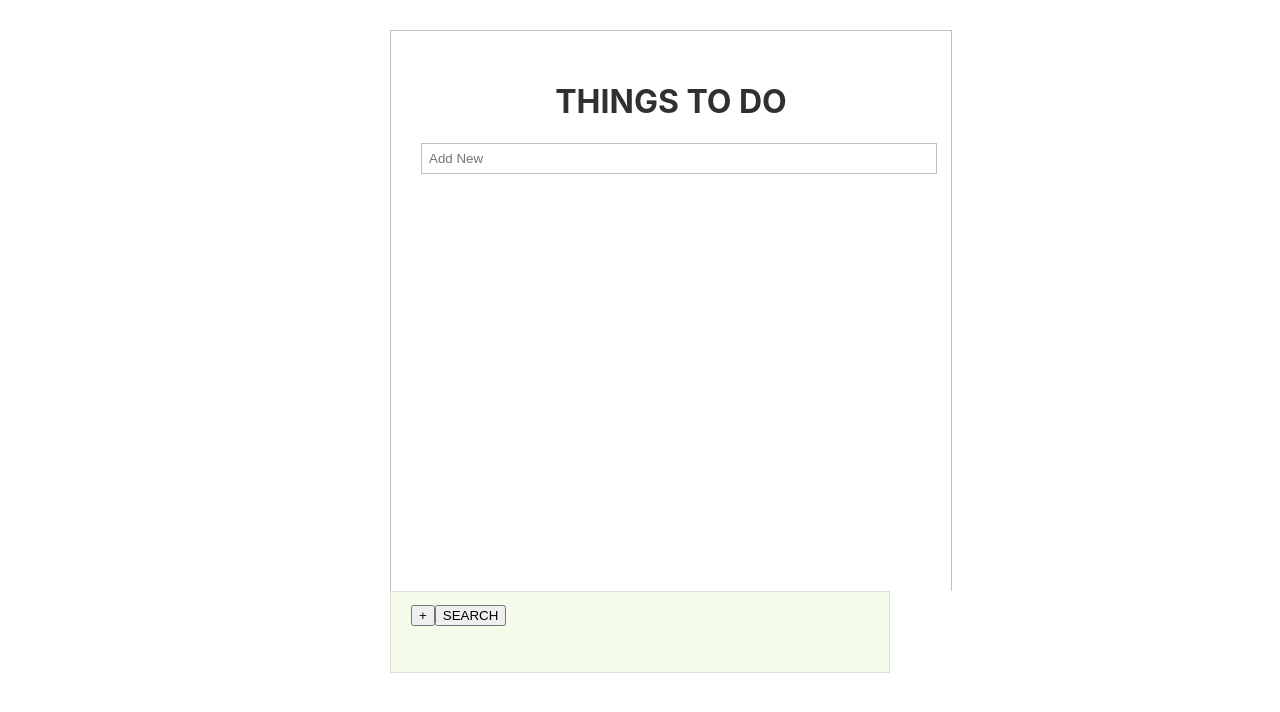
Repository: kirangautam45/To-Do-Application
Page: /
These files come from the project's save history. The page is drawn as it stood at one moment and after a run of saves; the edit follows.
The browser window is 1280 px wide. The pictures show the whole page.
The project was rebuilt for these pictures with package versions that can differ from the ones it lists, and the page was loaded fresh each time.

Above is the page before, as saved 2022-08-11 12:03:12.

After the next 2 saves:
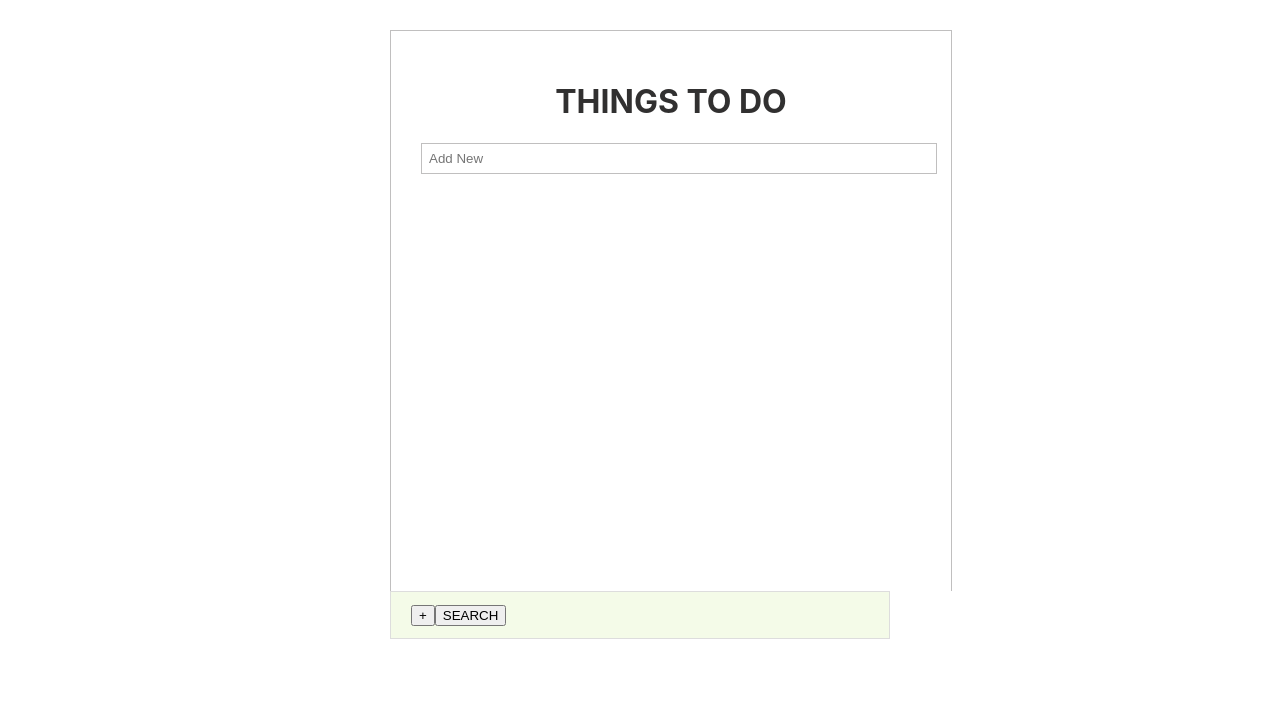
The 2 saves are shown as one change because they came seconds apart.
The last was saved 22 s later.
--- a/src/App.css
+++ b/src/App.css
@@ -27,7 +27,7 @@ border-style: solid solid none;
   margin-bottom: 2%;
 }
 .Icon_group{
-  height: 56px;
+  height: auto;
 justify-content: space-between;
 border: 1px solid #ddd;
 background-color: #f4fbe8;
